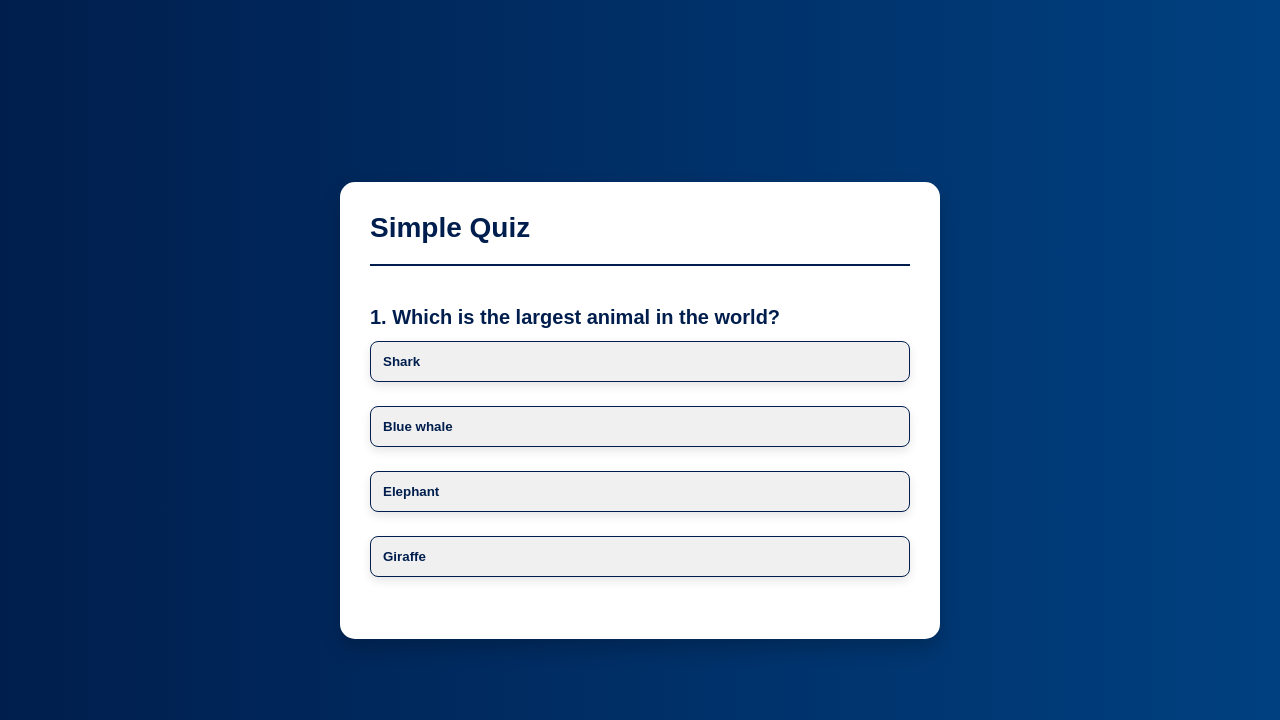
Repository: navyak2398/Quizapp
Page: index.html
An editor plug-in stored every save of this project. The page is shown before and after the next save, followed by the edit.
The browser window is 1280 px wide. The pictures show the whole page.

Above is the page before, as saved 2024-09-04 13:56:02.

After the next save:
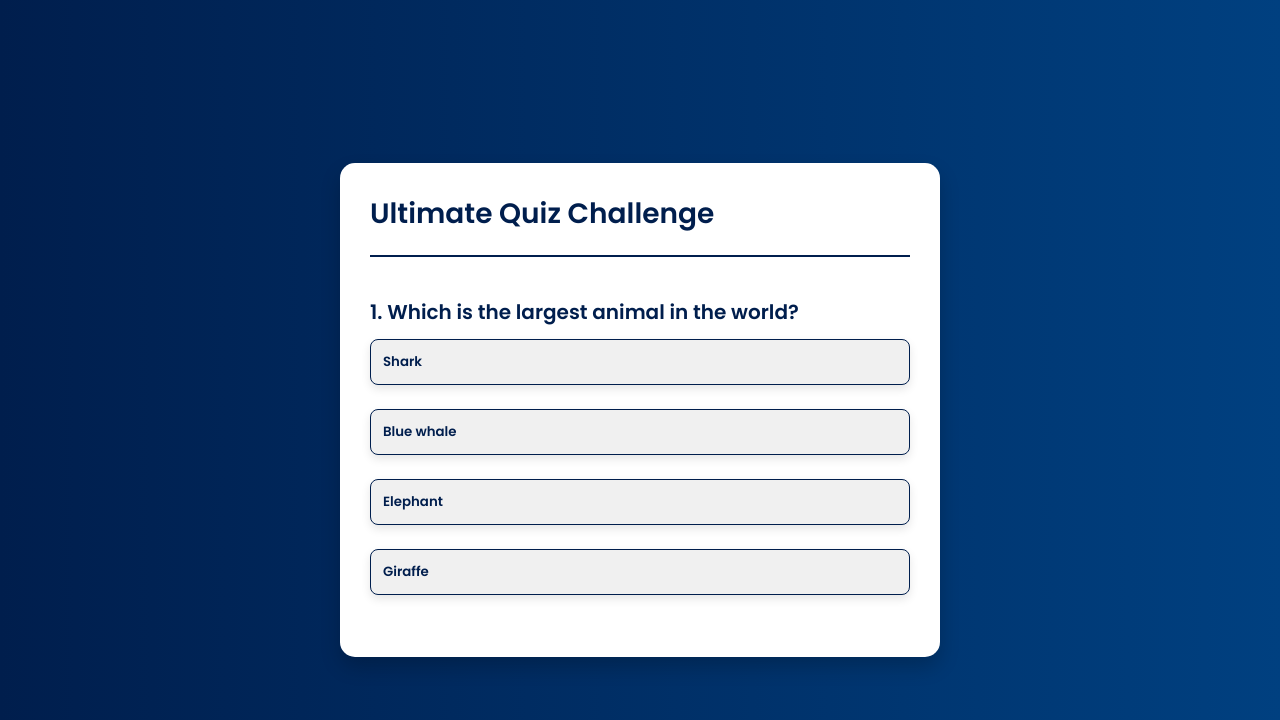
Saved 36 days later.
--- a/index.html
+++ b/index.html
@@ -1,25 +1,24 @@
 <!DOCTYPE html>
 <html lang="en">
+
 <head>
     <meta charset="UTF-8">
     <meta name="viewport" content="width=device-width, initial-scale=1.0">
     <title>Quiz App</title>
+    <link href="https://fonts.googleapis.com/css2?family=Poppins:wght@400;600&display=swap" rel="stylesheet">
     <link rel="stylesheet" href="style.css">
 </head>
+
 <body>
     <div class="app">
-        <h1 class="quiz-title">Simple Quiz</h1>
+        <h1 class="quiz-title">Ultimate Quiz Challenge</h1>
         <div class="quiz">
             <h2 id="question">Question goes here</h2>
-            <div id="answer-buttons" class="btn-group">
-                <button class="btn">Answer 1</button>
-                <button class="btn">Answer 2</button>
-                <button class="btn">Answer 3</button>
-                <button class="btn">Answer 4</button>
-            </div>
+            <div id="answer-buttons" class="btn-group"></div>
             <button id="next-btn" class="next-button">Next</button>
         </div>
     </div>
     <script src="script.js"></script>
 </body>
+
 </html>
